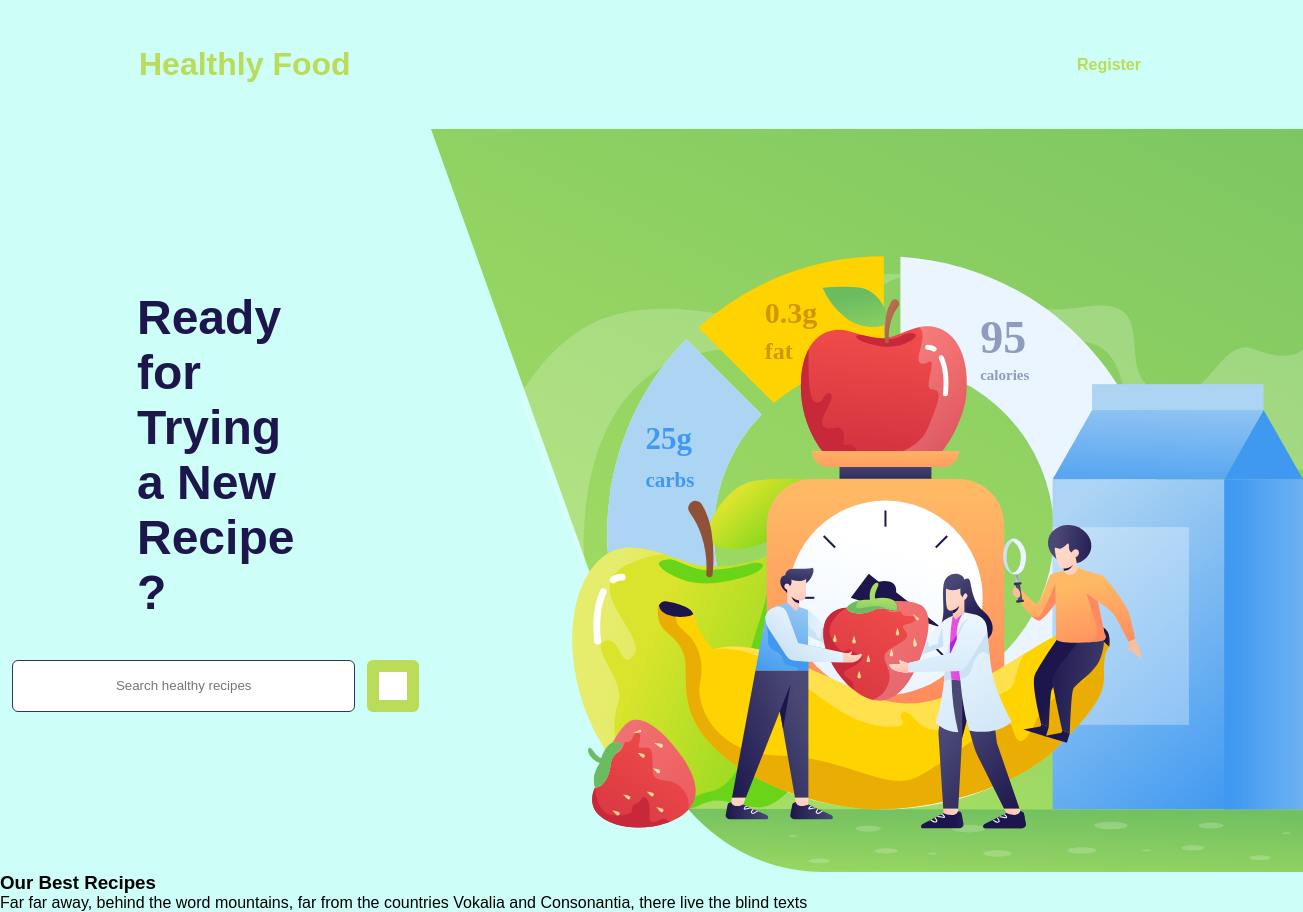
Repository: LuccaCasalecchi/HealthyFood
Page: /
An editor plug-in stored every save of this project. The page is shown before and after the next save, followed by the edit.
The browser window is 1280 px wide. The page is 1303 px wide, so the pictures cover 1303 px, including what lies to the right of the window. The pictures show the whole page.
The project was rebuilt for these pictures with package versions that can differ from the ones it lists, and the page was loaded fresh each time.

Above is the page before, as saved 2021-08-18 15:54:17.

### src/App.js
import React from 'react'
import LandingPage from './pages/LandingPage/LandingPage';

function App() {
  return (
    <div className="App">
      <LandingPage/>
    </div>
  );
}

export default App;

### src/pages/LandingPage/LandingPage.jsx
import React from "react";
import Header from "../../components/Header/Header";
import Illustration from "../../images/Illustration.svg";
import Input from "../../components/Input/Input";
import "./LandingPage.css";
import Recipes from "../../components/Recipes/Recipes";

export default function LandingPage() {
  return (
    <>
      <Header />
      <div className="search-recipes">
        <div className="subtitle">
          <h2>Ready for<br />Trying a New<br />Recipe ?</h2>
          <div className="input-container">
          <Input/>
          </div>
        </div>
        <img src={Illustration} alt="" />
      </div>
      <Recipes/>
    </>
  );
}

### src/components/Header/Header.jsx
import React from 'react'
import './Header.css'

export default function Header() {
  return (
    <div className="header-container">
        <a href="#" className="logo">Healthly Food</a>
        <a href="#" className="register">Register</a>
    </div>
  )
}

### src/components/Input/Input.jsx
import React from 'react'
import './Input.css'

export default function Input() {
  return (
    <div className="input-container">
      <input
      type="text"
      placeholder="Search healthy recipes"/>

      <button></button>
    </div>
  )
}

### src/pages/LandingPage/LandingPage.css
* {
  margin: 0;
  padding: 0;
  box-sizing: border-box;
  font-family: sans-serif;
}

.search-recipes {
  display: flex;
  justify-content: space-between;
  align-items: center;
}

.subtitle {
  display: flex;
  justify-content: center;
  align-items: center;
  flex-direction: column;
}

.subtitle h2 {
  font-size: 48px;
  color: #1d164d;
  text-align: left;
  padding: 0px 137px 40px;
}

### src/components/Recipes/Recipes.jsx
import React from "react";
import './Recipes.css'

export default function Recipes() {
  return (
    <div className="recipes-container">
      <div className="titles">
        <h3>Our Best Recipes</h3>
        <p>
          Far far away, behind the word mountains, far from the countries
          Vokalia and Consonantia, there live the blind texts
        </p>
      </div>
    </div>
  );
}

### src/components/Header/Header.css
.header-container{
  display: flex;
  justify-content: space-between;
  align-items: center;
  padding: 46px 0;
}

.header-container a {
  text-decoration: none;
  color: #BADC58;
  font-weight: 700;
  padding: 0 139px;
}

.header-container .logo{
  font-size: 32px;

}

.header-container .register{
  font-size: 16px;

}

### src/components/Input/Input.css
.input-container{
  display: flex;
  justify-content: center;
  align-items: center;
  padding: 0px;
}

input{
  width: 343px;
  height: 52px;
  border-radius: 6px;
  border: 1px solid #2D3561;
  text-align: center;
}

button{
  width: 52px;
  height: 52px;
  background-color: white;
  border: 12px solid #BADC58;
  border-radius: 6px;
  padding: 0px 12px;
  margin-left: 12px;
}

### src/components/Recipes/Recipes.css
body{
  background-color: rgb(205, 255, 248);
}

Loaded but not shown: public/index.html (common file); src/index.js (common file)

After the next save:
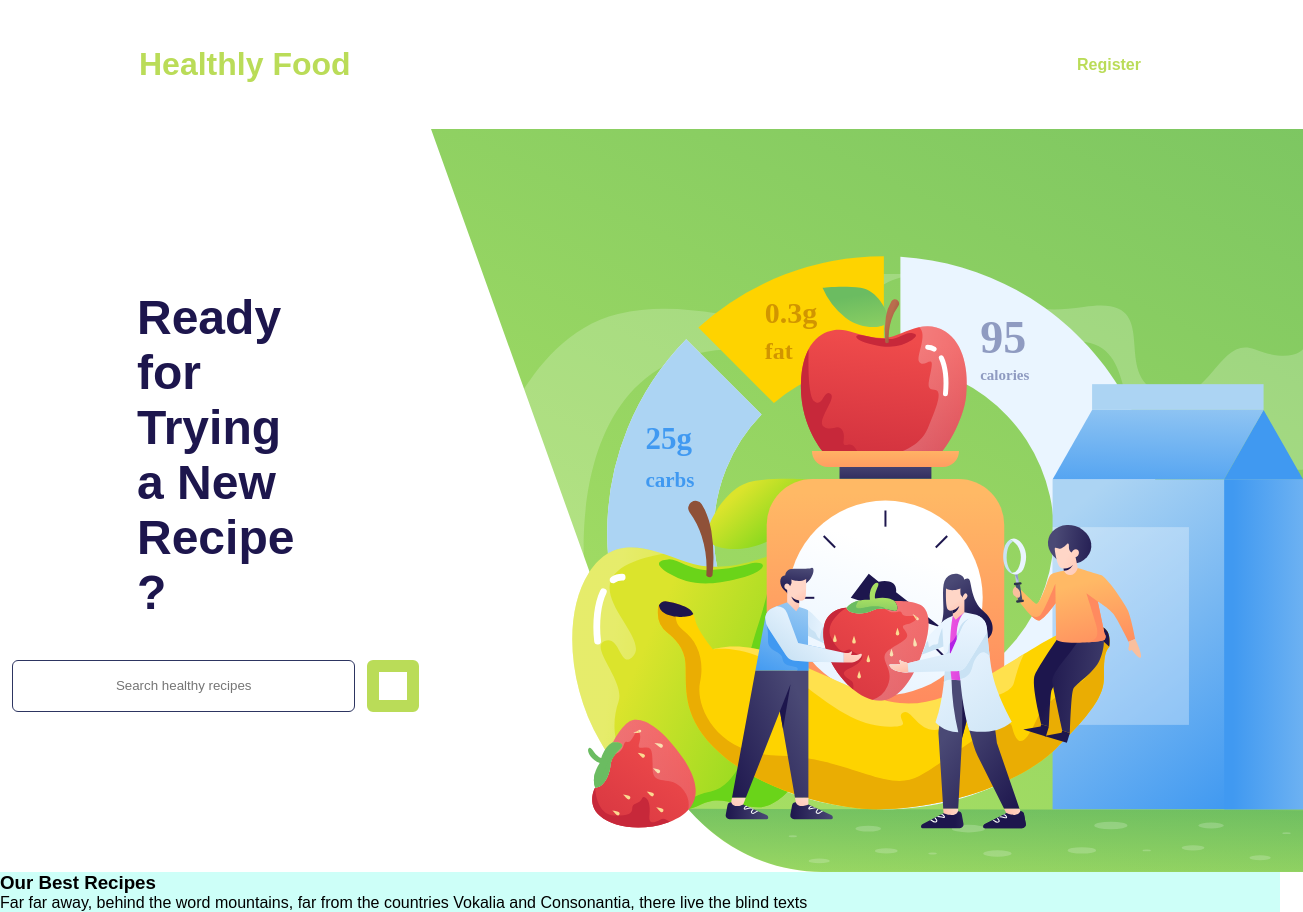
Saved 10 s later.
--- a/src/components/Recipes/Recipes.css
+++ b/src/components/Recipes/Recipes.css
@@ -1,3 +1,3 @@
-body{
+.recipes-container{
   background-color: rgb(205, 255, 248);
 }
